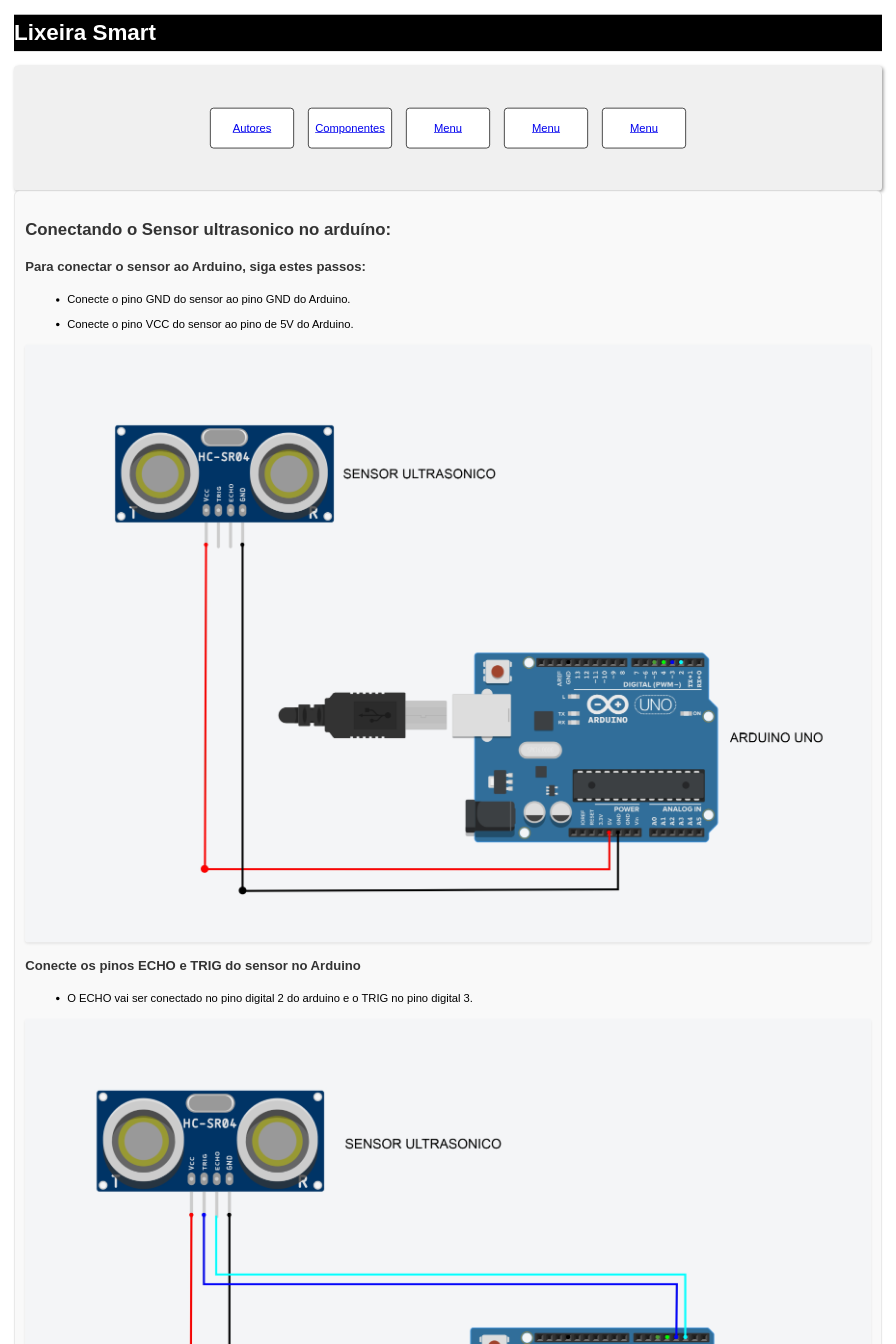
Repository: Eito2511/Site-tutorial-arduino
Page: tutorial.html
An editor plug-in stored every save of this project. The page is shown before and after the next save, followed by the edit.
The browser window is 1280 px wide. The pictures show the part of the page from y = 0 to 1920 px (the page is 4499 px tall before and 4525 px after), at 70% of full size.

Above is the page before, as saved 2025-06-03 19:04:19.

After the next save:
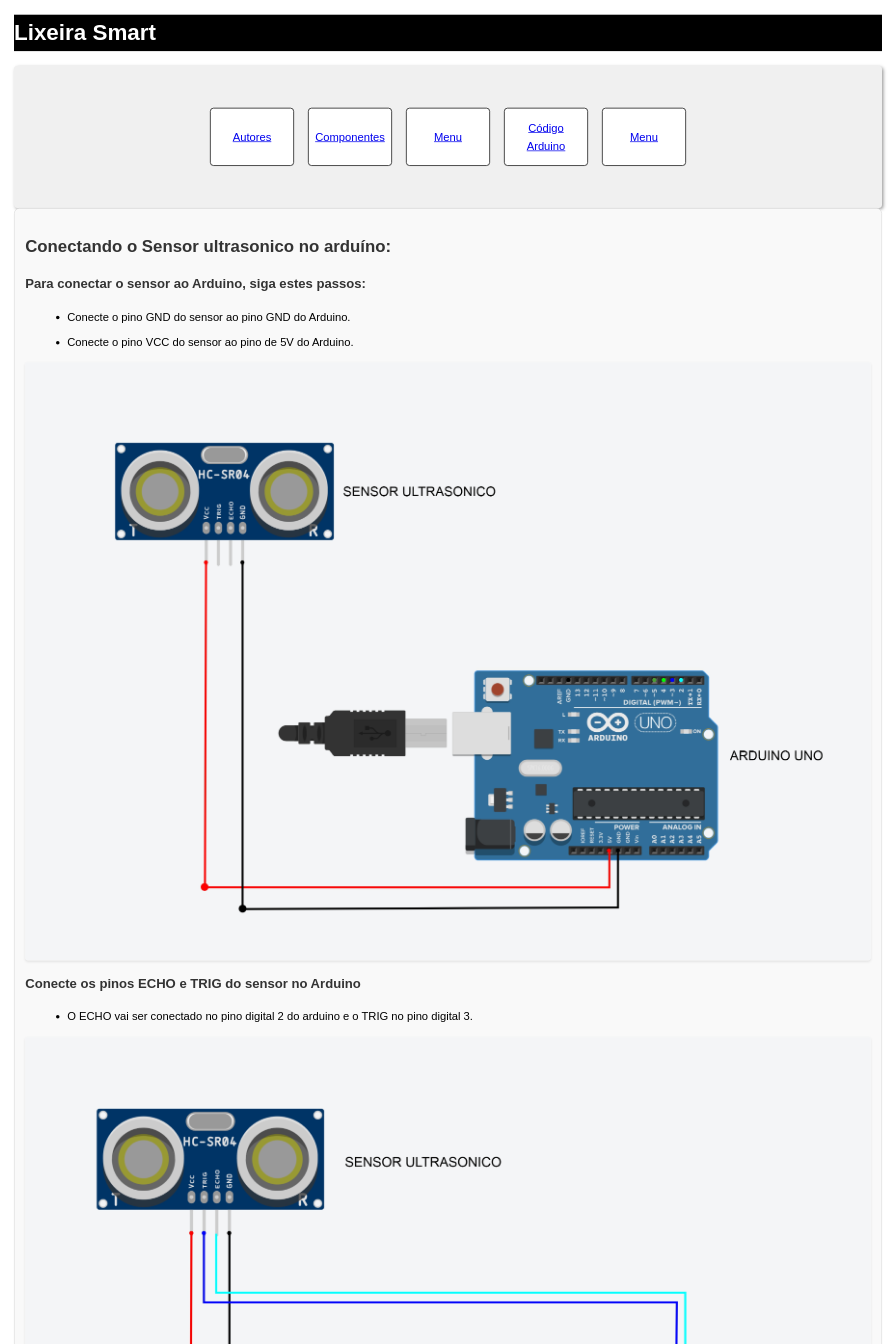
Saved 19 s later.
--- a/tutorial.html
+++ b/tutorial.html
@@ -14,7 +14,7 @@
         <a href="autores.html" class="btn">Autores</a>
         <a href="componentes.html" class="btn">Componentes</a>
         <a href="index.html" class="btn">Menu</a>
-        <a href="index.html" class="btn">Menu</a>
+        <a href="index.html" class="btn">Código Arduino</a>
         <a href="index.html" class="btn">Menu</a>
 
       </section>
